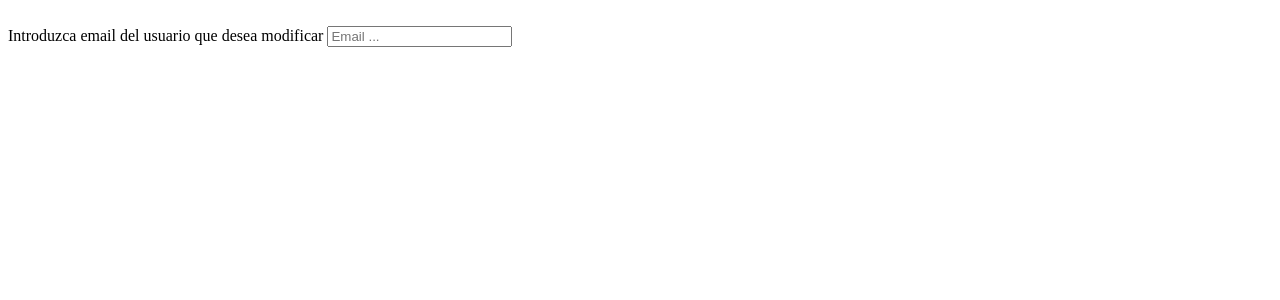
Repository: nachmz42/ProyectoJoker
Page: http://localhost/Joker/eliminarusuario.jsp
The author's editor kept a copy of each file at every save. The page is drawn from the files as they stood at one save, then again after the next save.
The browser window is 1280 px wide. The pictures show the whole page.
The page is served by Tomcat 9.

Above is the page before, as saved 2021-07-01 15:19:33.

After the next save:
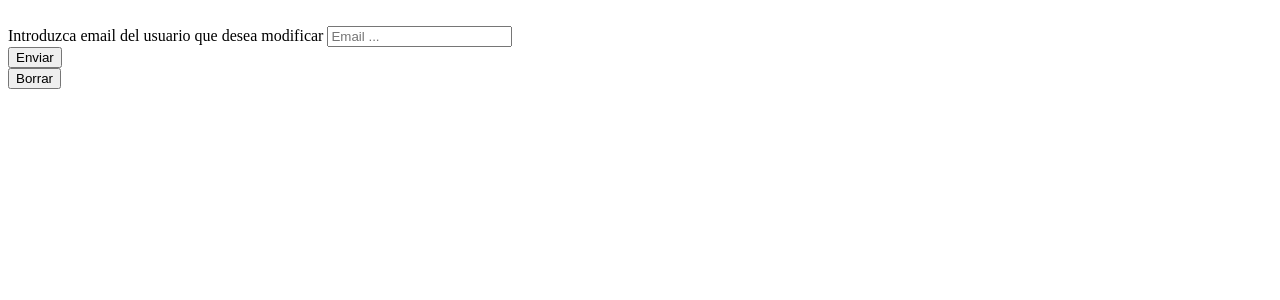
Saved 93 s later.
--- a/Joker/src/main/webapp/eliminarusuario.jsp
+++ b/Joker/src/main/webapp/eliminarusuario.jsp
@@ -9,10 +9,16 @@
 <body>
 
 <div>
-  <form action="/Joker/ServletEliminarusuario" method="post"><br>
+
+  	<form action="/Joker/ServletEliminarusuario" method="post"><br>
 
   	<label for="email">Introduzca email del usuario que desea modificar</label>
     <input type="email" id="email" name="email" placeholder="Email ..." required><br>
 
+    <input type="submit" value="Enviar"><br>
+    <input type="reset" value="Borrar"><br>
+  </div>
+  </fomr>
+
 </body>
 </html>
